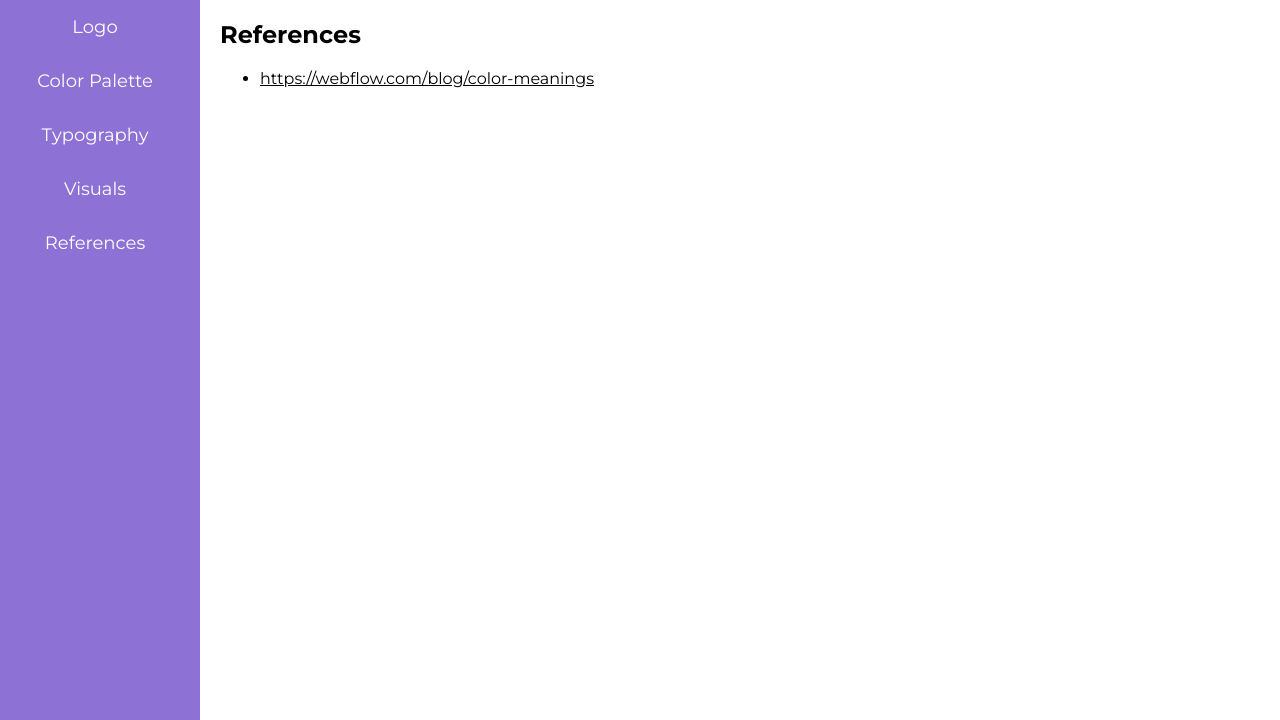
Repository: Irinalimm/PocketProfs-A5Styleguide
Page: pages/references.html
An editor plug-in stored every save of this project. The page is shown before and after the next save, followed by the edit.
The browser window is 1280 px wide. The pictures show the whole page.
Some web libraries are served in a nearby version.

Above is the page before, as saved 2024-04-10 22:20:02.

After the next save:
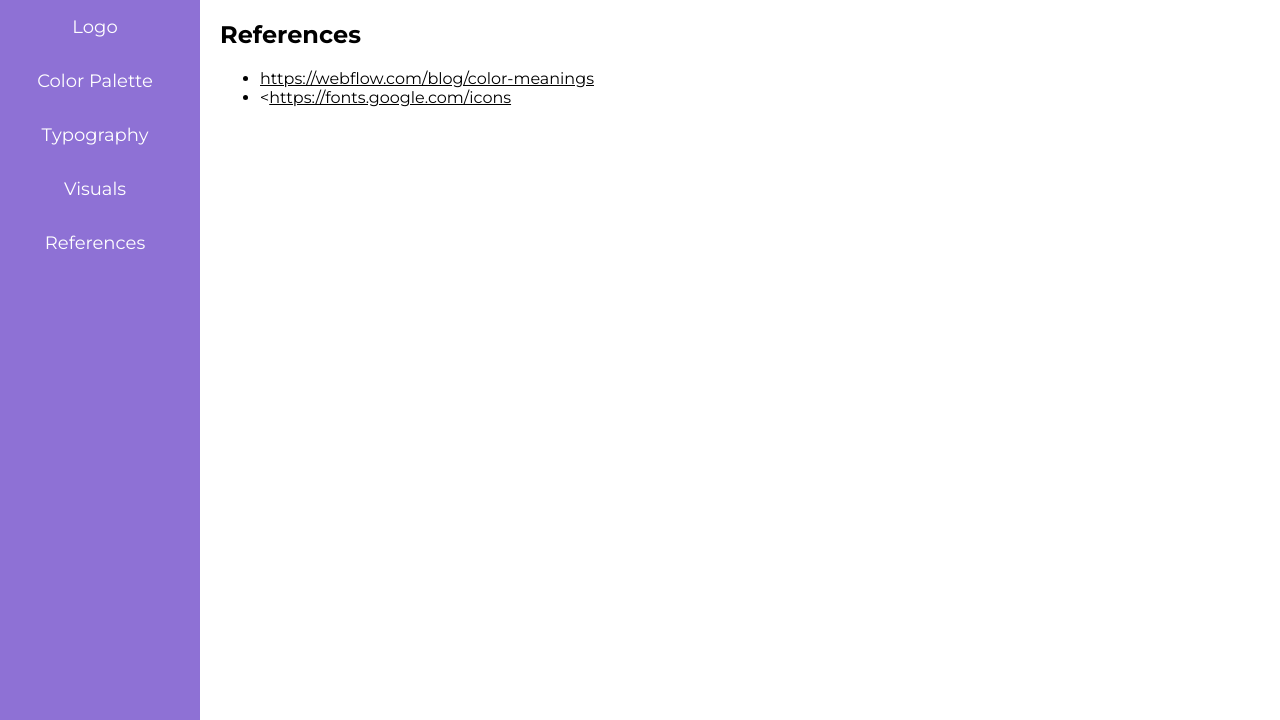
Saved 46 s later.
--- a/pages/references.html
+++ b/pages/references.html
@@ -27,6 +27,7 @@
     <div class="outer-container">
       <ul>
         <li><a href="https://webflow.com/blog/color-meanings">https://webflow.com/blog/color-meanings</a></li>
+        <li><<a href="https://fonts.google.com/icons">https://fonts.google.com/icons</li>
       </ul>
 
     </div>
